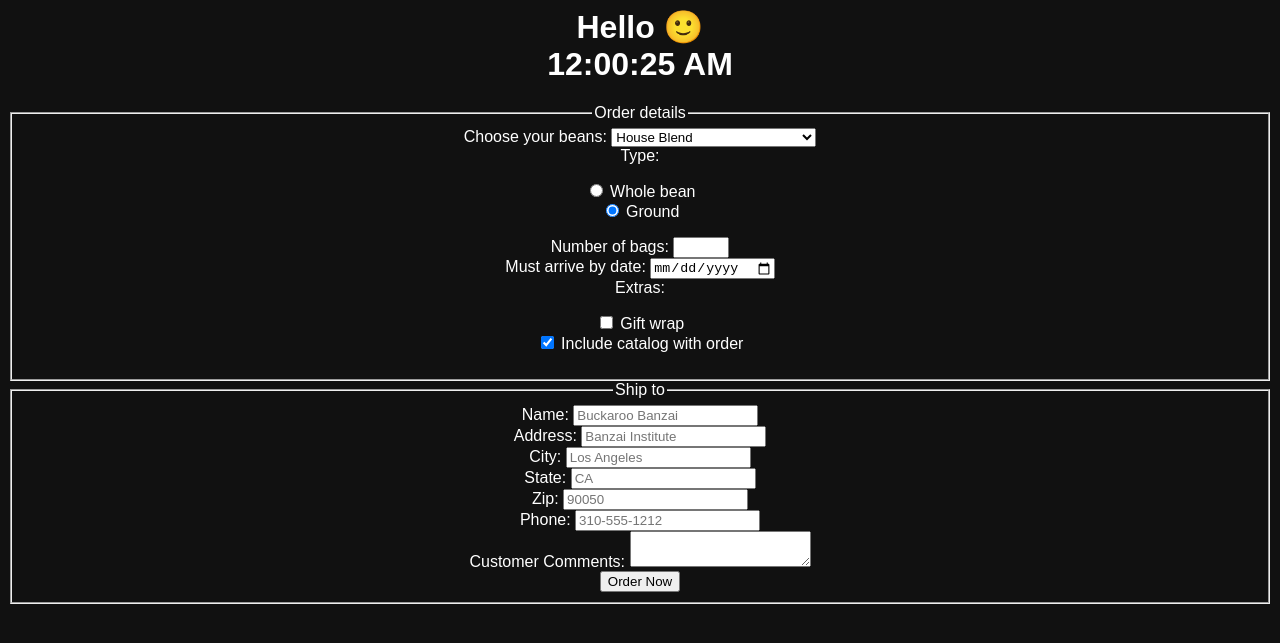
Repository: 43320888/upwork
Page: popup/index.html
The author's editor kept a copy of each file at every save. The page is drawn from the files as they stood at one save, then again after the next save.
The browser window is 1280 px wide. The pictures show the whole page.

Above is the page before, as saved 2019-01-24 10:49:09.

After the next save:
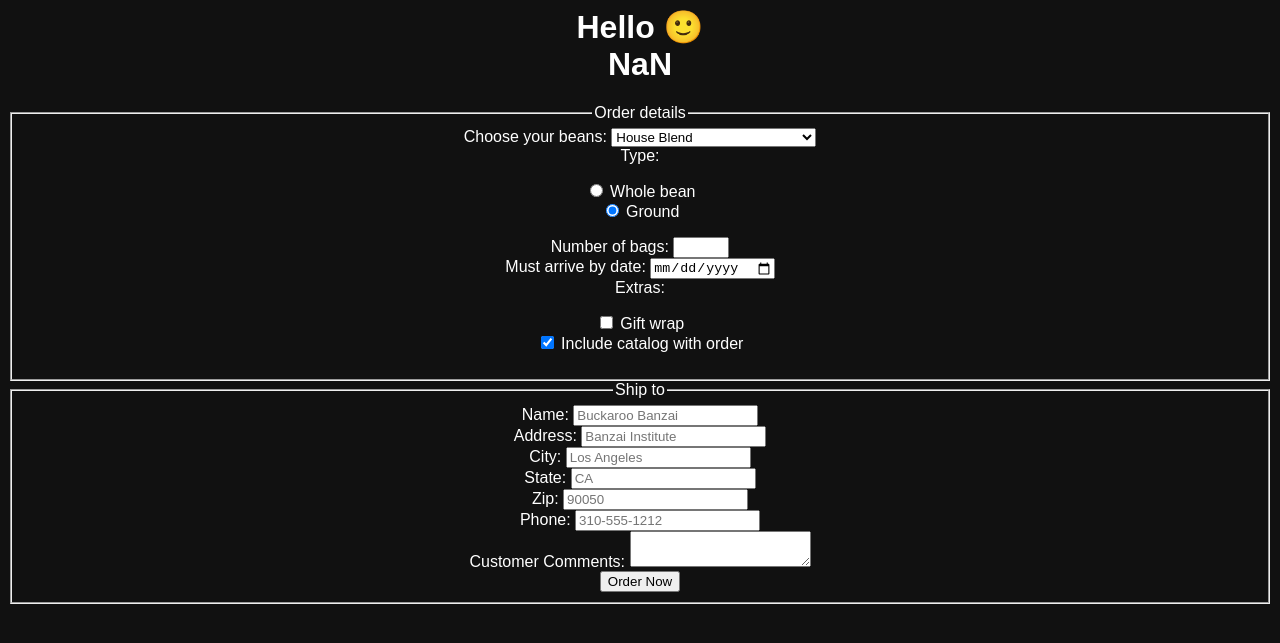
Saved 43 s later.
--- a/popup/timer.js
+++ b/popup/timer.js
@@ -7,7 +7,7 @@
 	function backTimer() {
 		let i = new Date().getTime();
 		if (i < x) {
-			j.innerHTML = new Date(x - i).toLocaleTimeString();
+			j.innerHTML = new Date(x - i).toLocaleTimeString() - i;
 			setTimeout(backTimer, 500);
 		}
 		else {

After the save that followed:
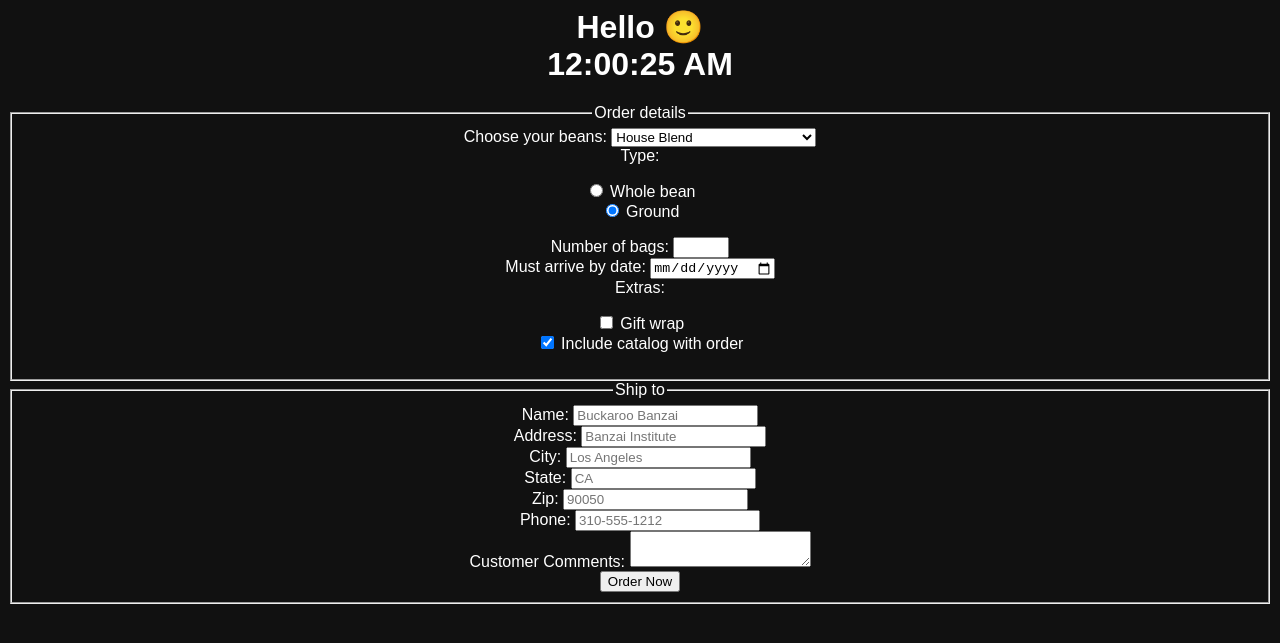
Saved 102 s later.
--- a/popup/timer.js
+++ b/popup/timer.js
@@ -2,17 +2,15 @@
 	const x = new Date().getTime() + 30000;
 	const j = document.querySelector('h1 div');
 
-	backTimer();
-
-	function backTimer() {
-		let i = new Date().getTime();
+	const backTimer = () => {
+		const i = new Date().getTime();
 		if (i < x) {
-			j.innerHTML = new Date(x - i).toLocaleTimeString() - i;
+			j.innerHTML = new Date(x - i).toLocaleTimeString();
 			setTimeout(backTimer, 500);
-		}
-		else {
+		} else {
 			// j.innerHTML = "00:00:00";
 			document.body.innerHTML = '<h1>Time is over</h1>';
 		}
 	}
+	backTimer();
 })();
